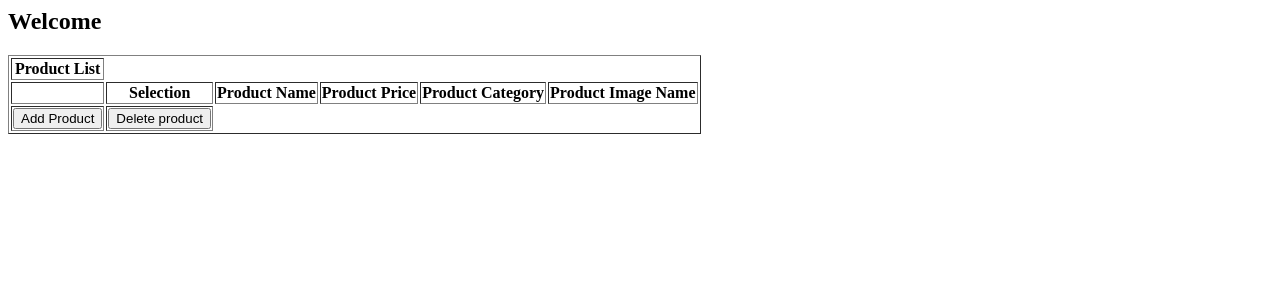
Repository: mohitpratapsingh/GSAP2015
Page: http://localhost/Team-C/WEB-INF/views/adminHome.jsp
These files come from the project's save history. The page is drawn as it stood at one moment and after the next save; the edit follows.
The browser window is 1280 px wide. The pictures show the whole page.
The page is served by Tomcat 9. Nobody is signed in. Other server files are loaded and not shown. The template is opened directly, without the code that normally fills it, so the values that code supplies are empty.

Above is the page before, as saved 2015-09-07 19:31:14.

### Team-C/src/main/webapp/WEB-INF/views/adminHome.jsp
<%@ taglib uri="http://java.sun.com/jsp/jstl/core" prefix="c" %>
<%@ taglib uri="http://java.sun.com/jsp/jstl/functions" prefix="fn" %>
<%@ page session="false" %>
<%@taglib uri="http://www.springframework.org/tags/form" prefix="form"%>

<html>
<head>
	<title>admin Home</title>
</head>
<body>
<h2>
Welcome ${dataMap.get("user").getUserFname()}
</h2>



<table border="1"  id="productTable" >
<thead>
 <th>Product List</th>
 <tr>
 <th></th>
 	<th>Selection</th>
    <th>Product Name</th>
    <th>Product Price</th>
    <th>Product Category</th>
    <th>Product Image Name</th>
  </tr>
</thead>

 <tbody>
 <c:forEach items="${dataMap.get(\"productList\")}" var="product">
    <tr>
      <td><input type="checkbox" name="products" value="${product.getpId()}" style="cursor: pointer;" onclick="onChangeCheckbox (this)" /></td>
      <td>${product.getpName()}</td>
      <td>${product.getPrice()}</td>
      <td>${product.getCategory()}</td>
      <td>${product.getImageName()}</td>
    </tr>
  </c:forEach>
  <td>
<input type="button" value="Add Product" onclick="window.location='addProductForm';" />
</td>
<td>
<button onclick="delProduct()">Delete product</button>
</td>
  </tbody>
</table>



<script type="text/javascript">

var test=[];

        function onChangeCheckbox (checkbox) {
            if (checkbox.checked)
            {
               test.push(checkbox.value);
            }

            else
            {
            		var index;
            		for(i=0;i<test.length;i++)
            		{
            			if(test[i]==checkbox.value)
            			index=i;
            		}
            		if(index > -1)
            		test.splice(index,1);
            }
       	}

      function delProduct() {

    	  window.location = "deleteProduct?prodIductList=" +test;

        }
    </script>
</body>
</html>

After the next save:
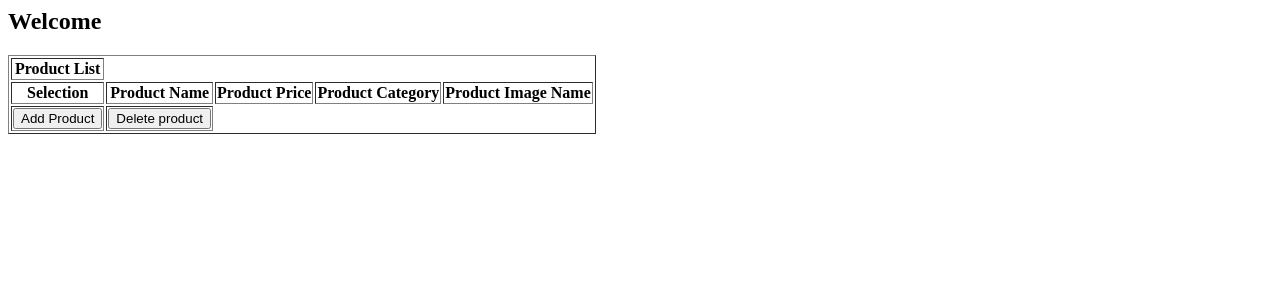
Saved 2 min 31 s later.
--- a/Team-C/src/main/webapp/WEB-INF/views/adminHome.jsp
+++ b/Team-C/src/main/webapp/WEB-INF/views/adminHome.jsp
@@ -18,7 +18,6 @@ Welcome ${dataMap.get("user").getUserFname()}
 <thead>
  <th>Product List</th>
  <tr>
- <th></th>
  	<th>Selection</th>
     <th>Product Name</th>
     <th>Product Price</th>
